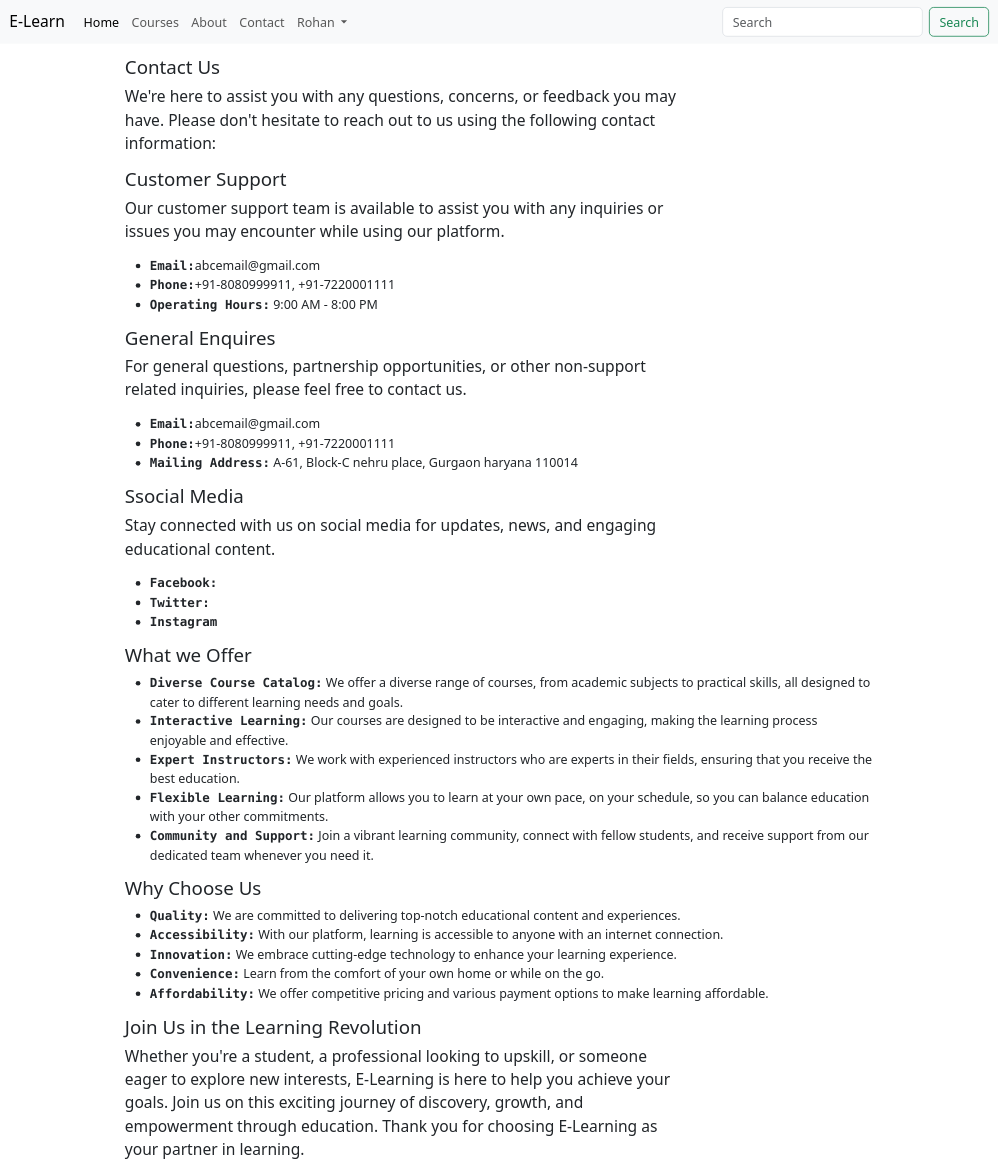
Repository: syni18/bootstrap_elarn
Page: Contact.html
These files come from the project's save history. The page is drawn as it stood at one moment and after the next save; the edit follows.
The browser window is 1280 px wide. The pictures show the whole page, at 78% of full size.

Above is the page before, as saved 2023-10-25 23:41:27.

After the next save:
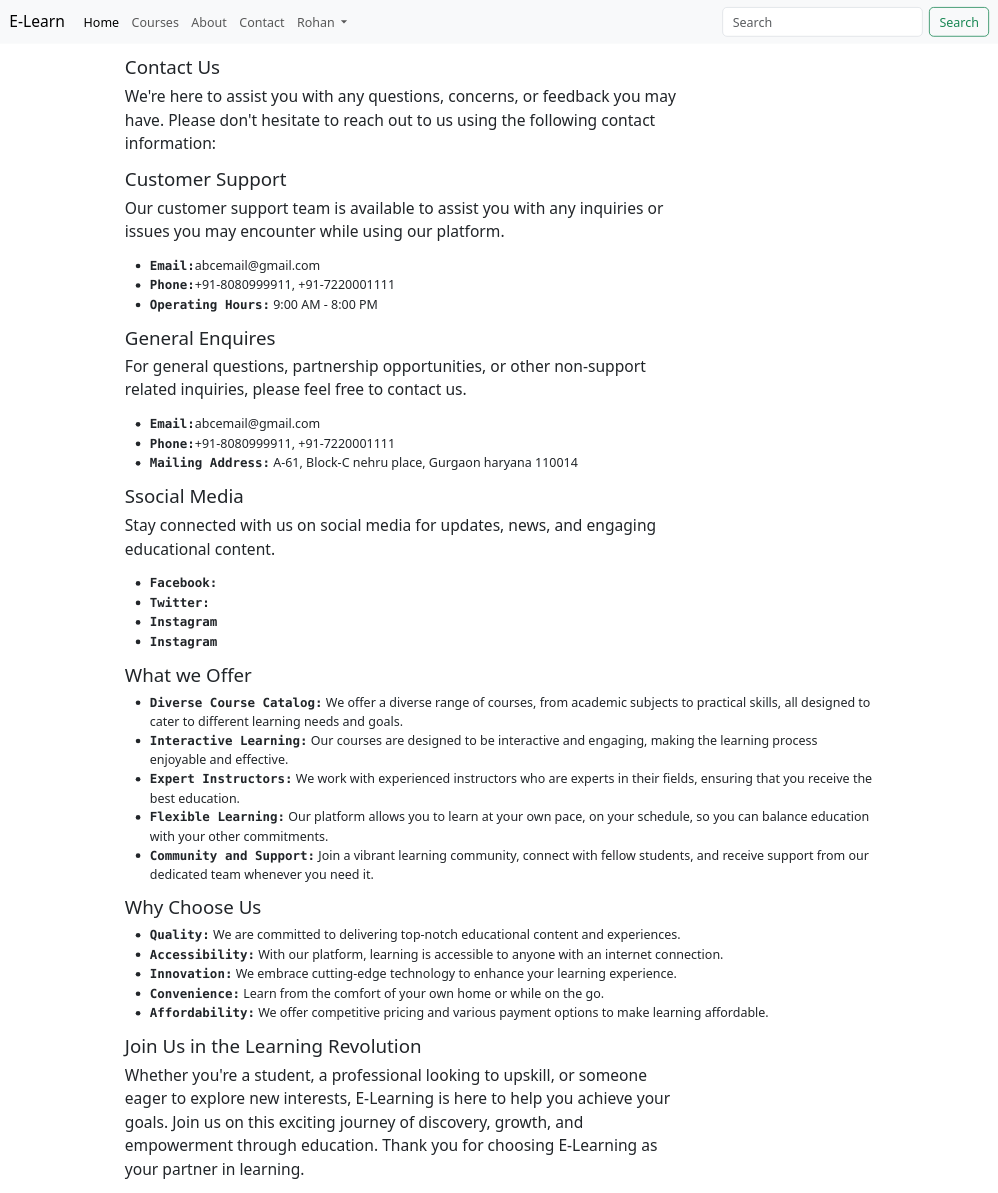
Saved 11 s later.
--- a/Contact.html
+++ b/Contact.html
@@ -129,6 +129,9 @@
             <li>
                 <samp class="fw-bolder"> Instagram<samp>
             </li>
+            <li>
+                <samp class="fw-bolder"> Instagram<samp>
+            </li>
         </ul>
       </div>
 
